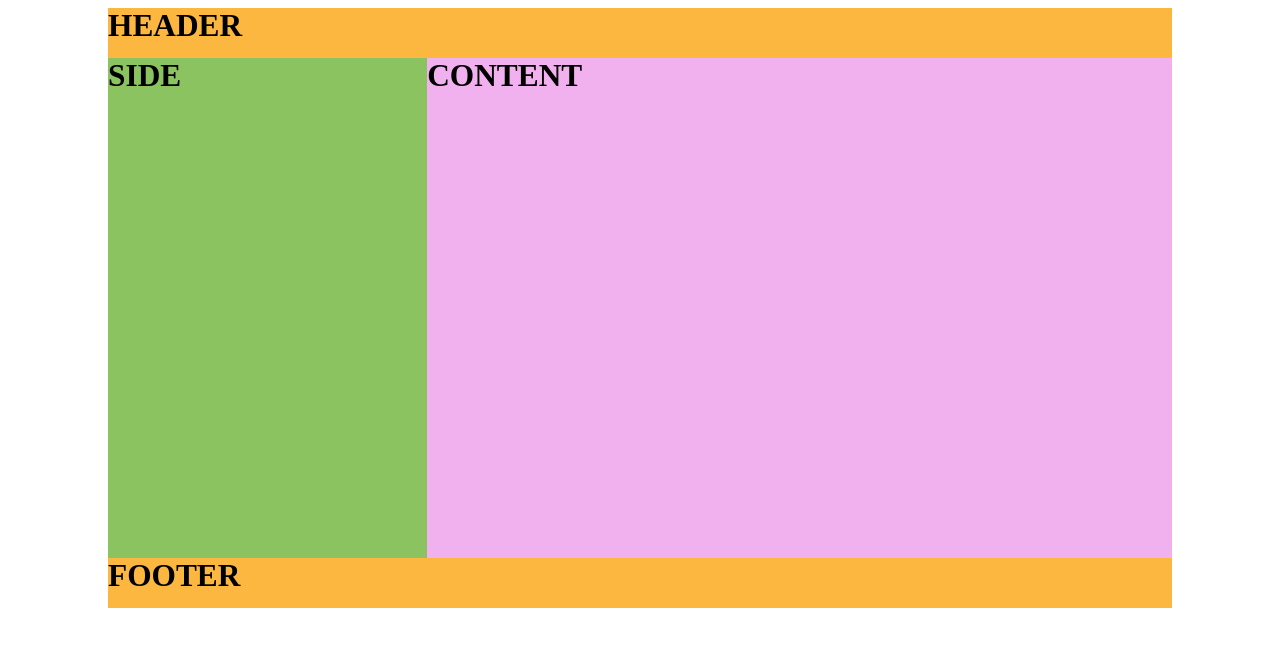
Repository: DuongThanhLong/Basic-responsive-HTML--CSS
Page: Flexbox/index.html
The author's editor kept a copy of each file at every save. The page is drawn from the files as they stood at one save, then again after the next save.
The browser window is 1280 px wide. The pictures show the whole page.

Above is the page before, as saved 2021-09-21 20:25:27.

### Flexbox/index.html
<!DOCTYPE html>
<html lang="en">

<head>
    <meta charset="UTF-8">
    <meta http-equiv="X-UA-Compatible" content="IE=edge">
    <meta name="viewport" content="width=device-width, initial-scale=1.0">
    <title>Flexbox</title>
    <link rel="stylesheet" href="./style.css">
</head>

<body>
    <header>HEADER</header>
    <div class="center">
        <div class="side">SIDE</div>
        <div class="content">CONTENT</div>
    </div>
    <footer>FOOTER</footer>
</body>

</html>

### Flexbox/style.css
* {
    box-sizing: inherit;
    font-size: 1.4rem;
    padding: 0;
}

header {
    font-weight: bold;
    background-color: #FCB741;
    height: 50px;
    margin-left: 100px;
    margin-right: 100px;
}

.center {
    display: flex;
    height: 500px;
}

.side {
    margin-left: 100px;
    font-weight: bold;
    width: 30%;
    background-color: #8BC360;
}

.content {
    margin-right: 100px;
    font-weight: bold;
    width: 70%;
    background-color: #F1B1EE;
}

footer {
    font-weight: bold;
    background-color: #FCB741;
    height: 50px;
    margin-left: 100px;
    margin-right: 100px;
}

After the next save:
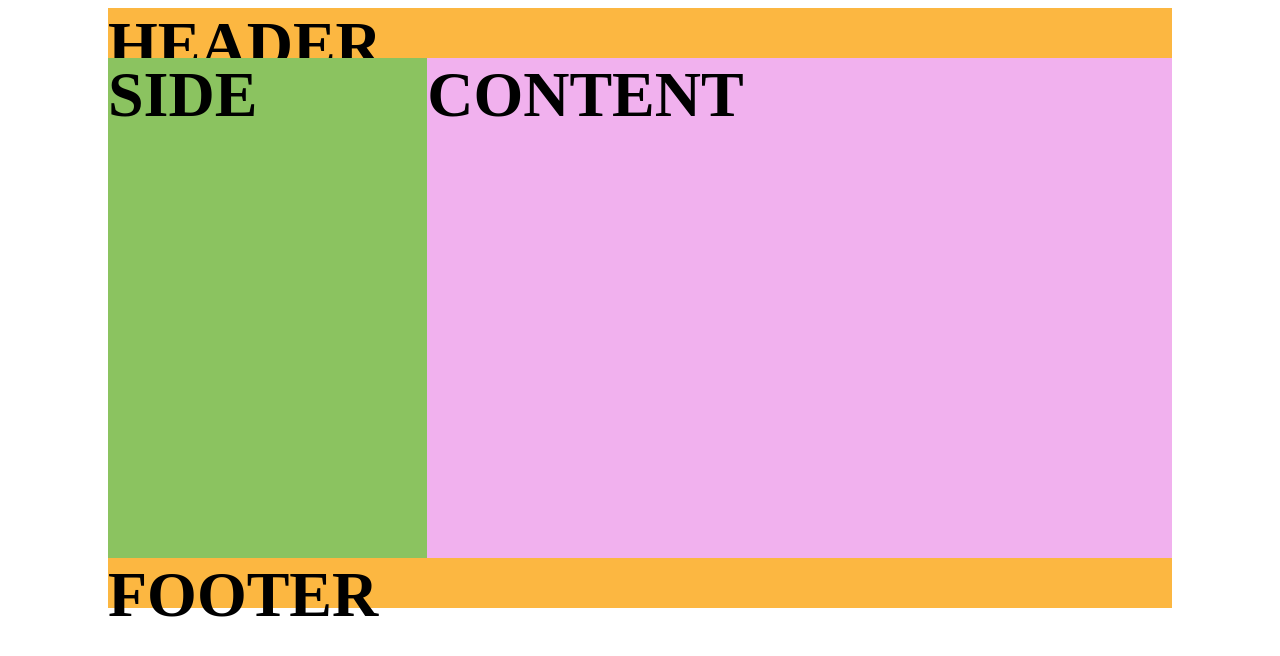
Saved 35 h 14 min later.
--- a/Flexbox/style.css
+++ b/Flexbox/style.css
@@ -1,6 +1,6 @@
 * {
     box-sizing: inherit;
-    font-size: 1.4rem;
+    font-size: 2rem;
     padding: 0;
 }
 

After the save that followed:
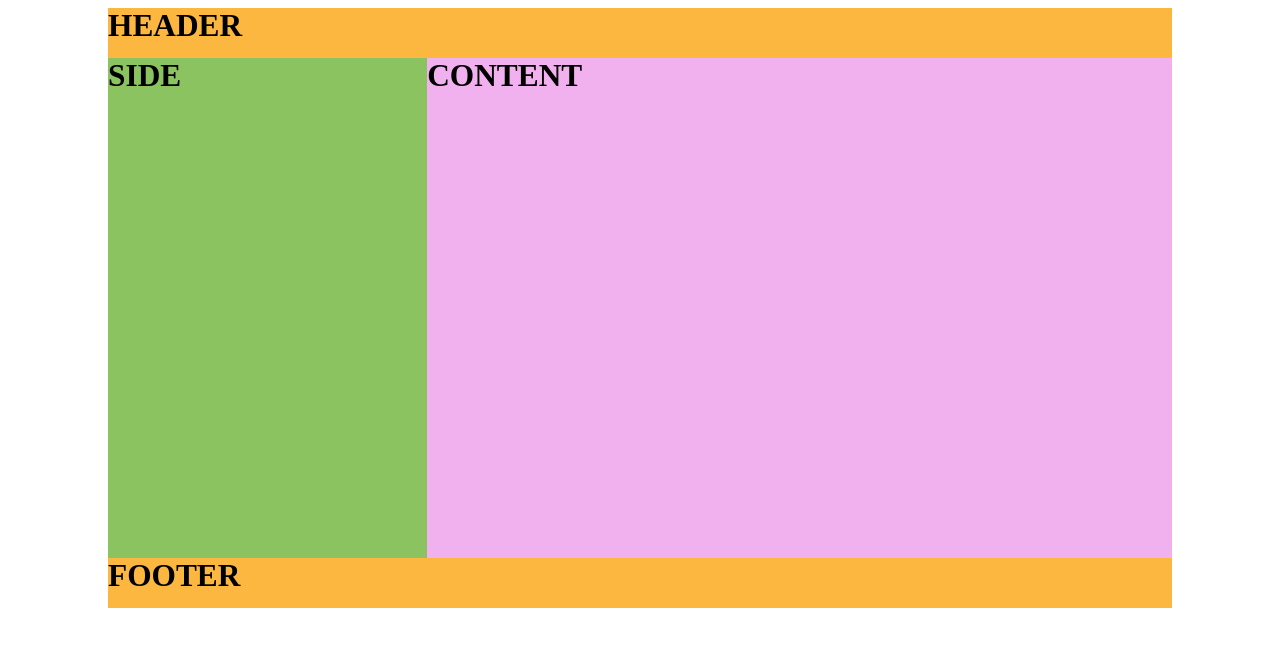
Saved 8 s later.
--- a/Flexbox/style.css
+++ b/Flexbox/style.css
@@ -1,6 +1,6 @@
 * {
     box-sizing: inherit;
-    font-size: 2rem;
+    font-size: 1.4rem;
     padding: 0;
 }
 
